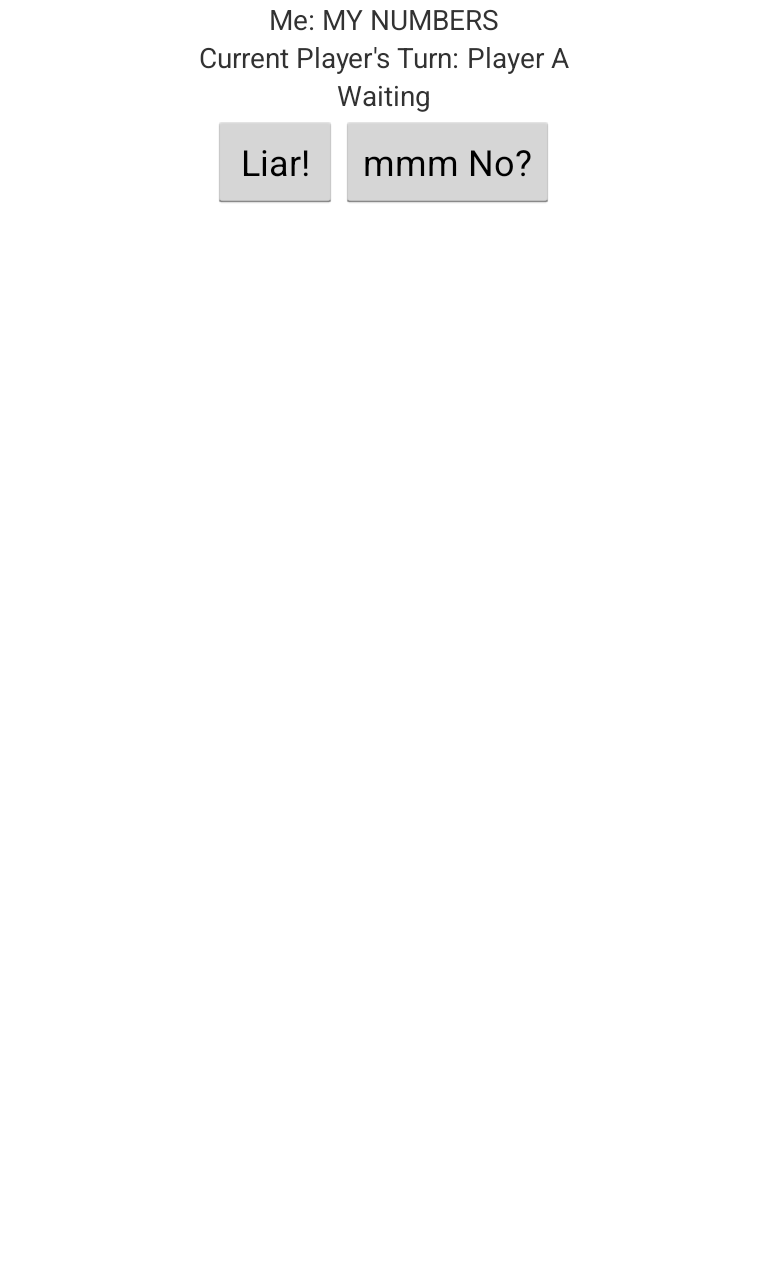
Repository: RayyLim/LiarPoker
Layout: LiarPoker/res/layout/gameroom_main.xml
An editor plug-in stored every save of this project. The layout is shown before and after the next save, followed by the edit.
It is drawn on a 768 x 1280 px phone screen (xhdpi) without system bars, with theme AppTheme; the app's code is not run.

Above is the layout before, as saved 2012-07-22 05:46:43.

### LiarPoker/res/layout/gameroom_main.xml
<?xml version="1.0" encoding="utf-8"?>
<LinearLayout xmlns:android="http://schemas.android.com/apk/res/android"
	android:layout_width="match_parent" android:layout_height="match_parent"
	android:orientation="vertical">

	<LinearLayout android:layout_width="wrap_content"
		android:layout_height="wrap_content"
		android:layout_gravity="center_horizontal">
		<TextView android:id="@+id/meLabel" android:layout_width="wrap_content"
			android:layout_height="wrap_content" android:text="Me: " />

		<TextView android:id="@+id/mynumbersLabel"
			android:layout_width="wrap_content" android:layout_height="wrap_content"
			android:text="MY NUMBERS" />
	</LinearLayout>

	<LinearLayout android:layout_width="wrap_content"
		android:layout_height="wrap_content"
		android:layout_gravity="center_horizontal">
				<TextView
			android:layout_width="wrap_content" android:layout_height="wrap_content"
			android:text="Current Player's Turn: " />
		<TextView android:id="@+id/currentPlayerLabel"
			android:layout_width="wrap_content" android:layout_height="wrap_content"
			android:text="Player A" />



	</LinearLayout>
			<TextView android:id="@+id/currentPlayerSubmissionLabel"
			android:layout_width="wrap_content" android:layout_height="wrap_content"
			android:text="Waiting"
			        android:layout_gravity="center_horizontal"/>



			<LinearLayout
			    android:layout_width="wrap_content"
			    android:layout_height="wrap_content"
			            android:layout_gravity="center_horizontal">
					<Button
			    android:id="@+id/liarButton"
			    android:layout_width="wrap_content"
			    android:layout_height="wrap_content"
			    android:text="Liar!"
			    />
								<Button
			    android:id="@+id/notLiarButton"
			    android:layout_width="wrap_content"
			    android:layout_height="wrap_content"
			    android:text="mmm No?" />
			</LinearLayout>

</LinearLayout>

Loaded but not shown: LiarPoker/res/values-v11/styles.xml (common file); LiarPoker/res/values-v14/styles.xml (common file); LiarPoker/res/values/styles.xml (common file)

After the next save:
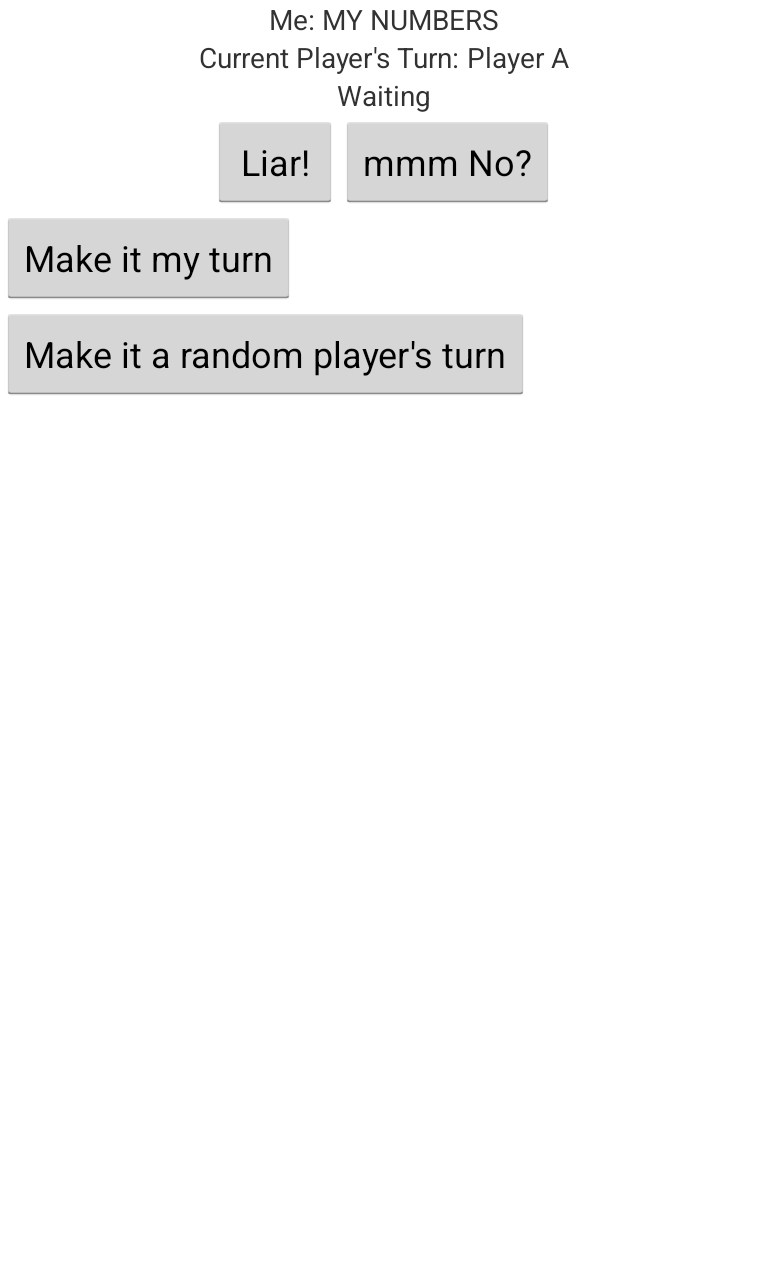
Saved 4 min 22 s later.
--- a/LiarPoker/res/layout/gameroom_main.xml
+++ b/LiarPoker/res/layout/gameroom_main.xml
@@ -51,4 +51,16 @@
 			    android:text="mmm No?" />
 			</LinearLayout>
 
+			<Button
+			    android:id="@+id/testMyTurn"
+			    android:layout_width="wrap_content"
+			    android:layout_height="wrap_content"
+			    android:text="Make it my turn" />
+
+			<Button
+			    android:id="@+id/testRandomPlayerTurn"
+			    android:layout_width="wrap_content"
+			    android:layout_height="wrap_content"
+			    android:text="Make it a random player's turn" />
+
 </LinearLayout>
